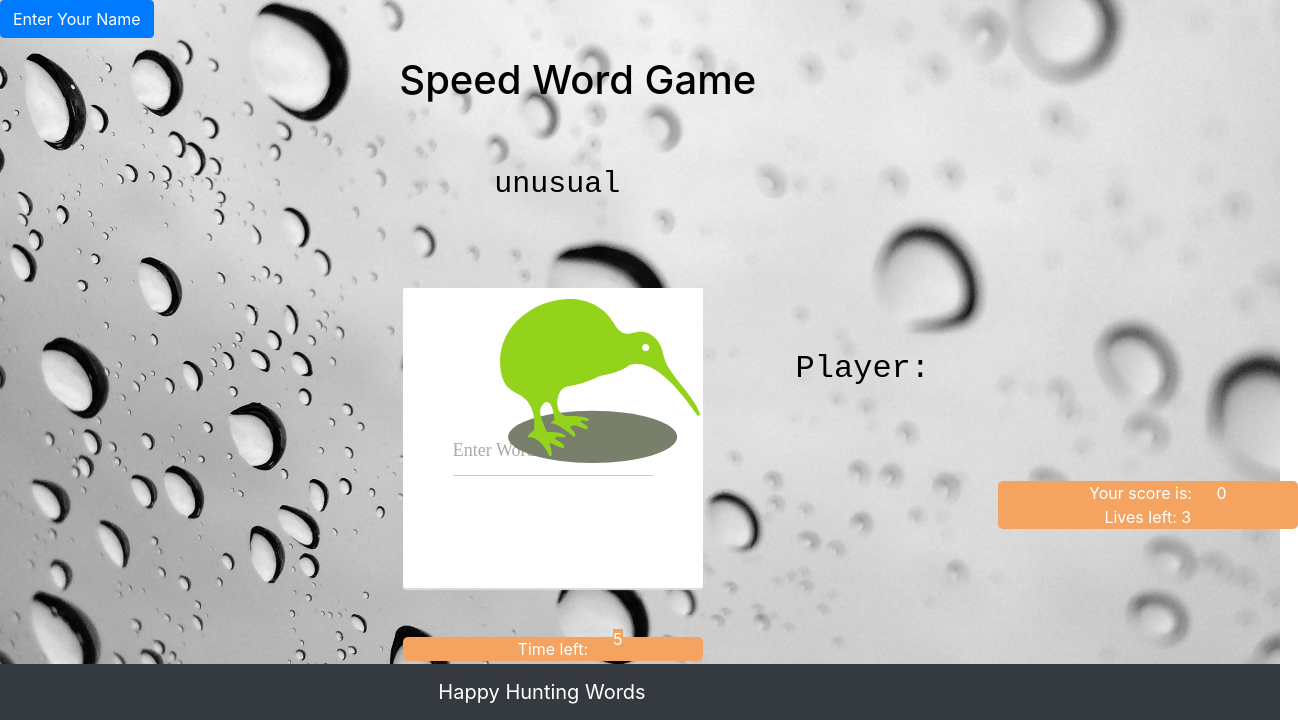
Repository: konstantin0s/word-game-project
Page: index.html
The author's editor kept a copy of each file at every save. The page is drawn from the files as they stood at one save, then again after the next save.
The browser window is 1280 px wide. The page is 1298 px wide, so the pictures cover 1298 px, including what lies to the right of the window. The pictures show the whole page.

Above is the page before, as saved 2019-02-12 12:31:33.

After the next save:
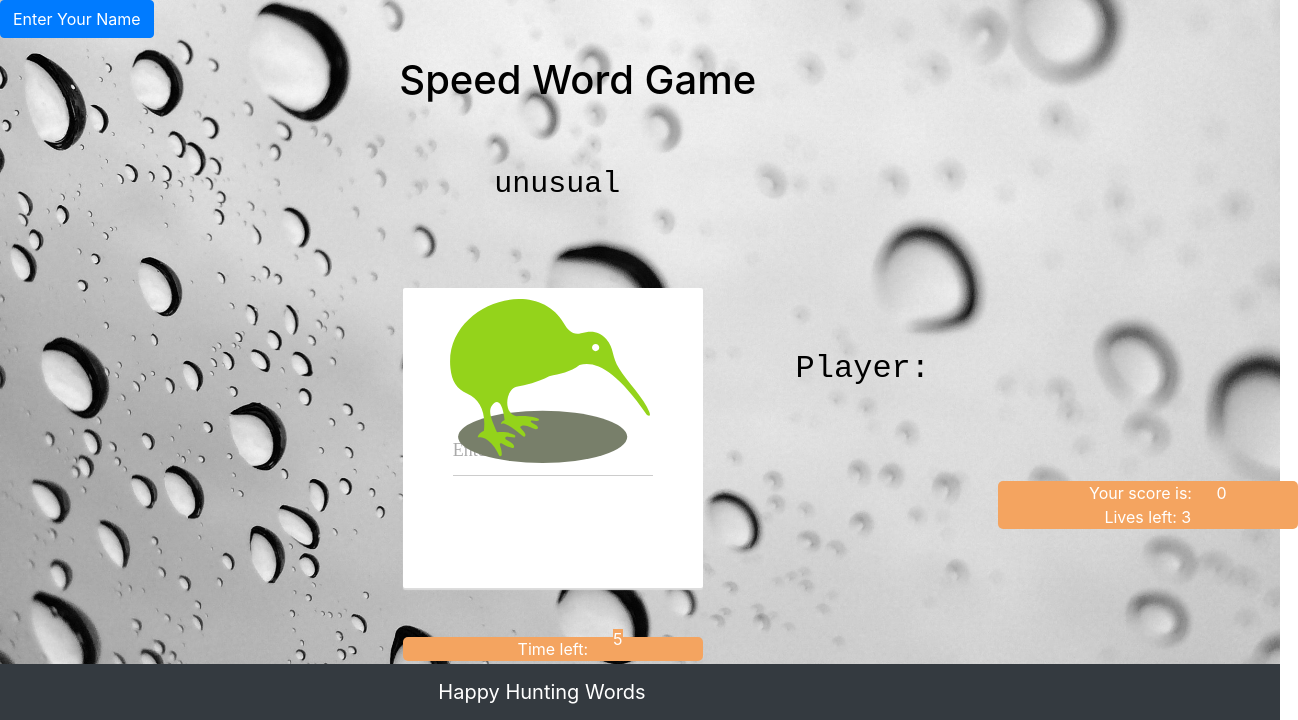
Saved 10 s later.
--- a/css/style.css
+++ b/css/style.css
@@ -184,7 +184,7 @@ b {
   position: relative;
   width: 200px;
   height: 164px;
-  left: 500px;
+  left: 450px;
 }
 
 .kiwi {
